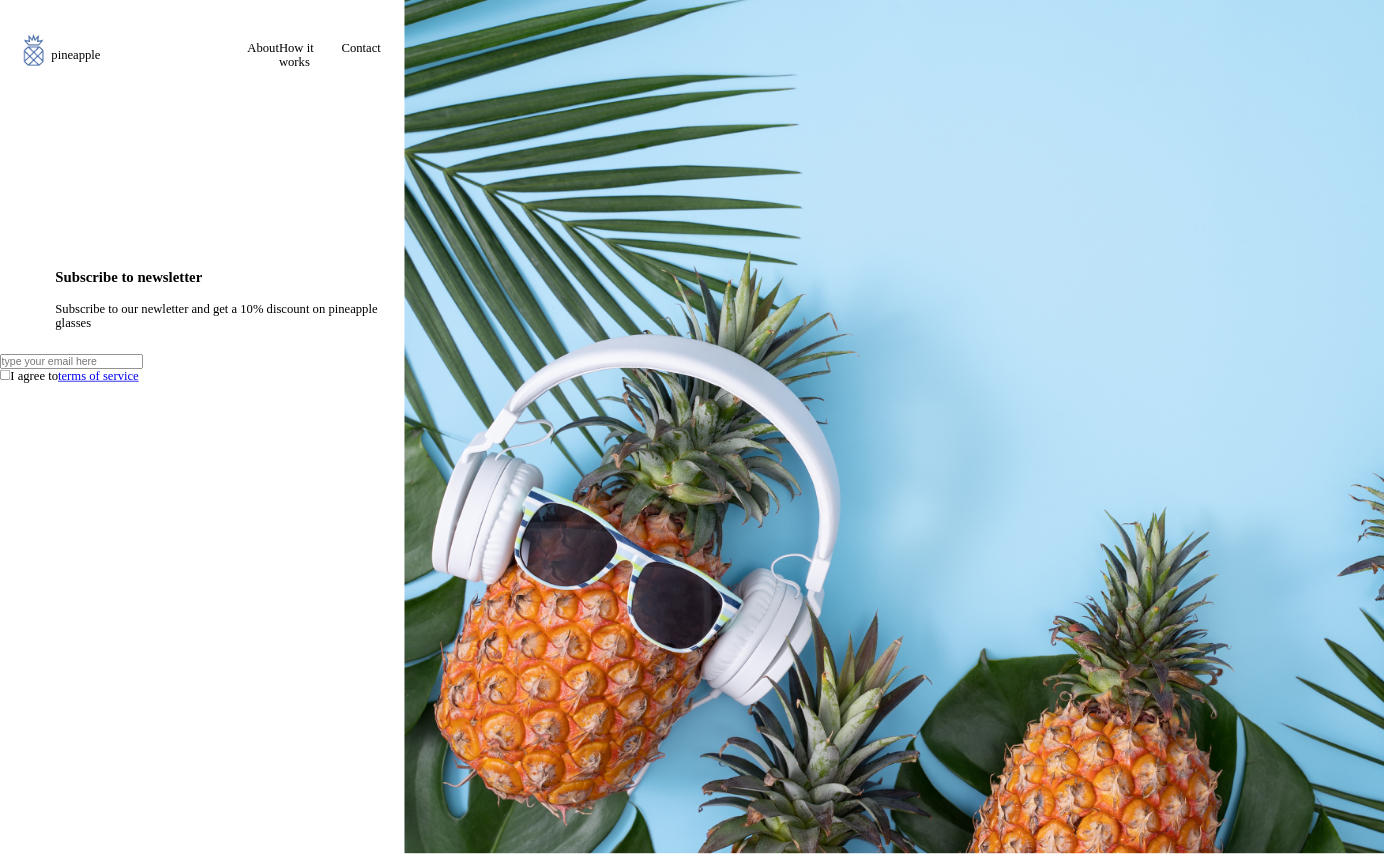
Repository: PaulsBebris/megabit-task
Page: /
These files come from the project's save history. The page is drawn as it stood at one moment and after the next save; the edit follows.
The browser window is 1280 px wide. The page is 1752 px wide, so the pictures cover 1752 px, including what lies to the right of the window. The pictures show the whole page, at 79% of full size.
The project was rebuilt for these pictures with package versions that can differ from the ones it lists, and the page was loaded fresh each time.

Above is the page before, as saved 2021-04-19 10:45:51.

### src/App.vue
<template>
  <div id="app">
    <!-- <div id="nav">
      <router-link to="/">Home</router-link> |
      <router-link to="/about">About</router-link>
    </div> -->
    <router-view/>
  </div>
</template>

<style lang="scss">
// normalize
* {
  padding: 0;
  margin: 0;
  box-sizing: border-box;
}
// #app {
//   font-family: Avenir, Helvetica, Arial, sans-serif;
//   -webkit-font-smoothing: antialiased;
//   -moz-osx-font-smoothing: grayscale;
//   text-align: center;
//   color: #2c3e50;
// }

// #nav {
//   padding: 30px;

//   a {
//     font-weight: bold;
//     color: #2c3e50;

//     &.router-link-exact-active {
//       color: #42b983;
//     }
//   }
// }
</style>

### src/router/index.js
import Vue from 'vue'
import VueRouter from 'vue-router'
import Home from '../views/Home.vue'

Vue.use(VueRouter)

const routes = [
  {
    path: '/',
    name: 'Home',
    component: Home
  }
]

const router = new VueRouter({
  routes
})

export default router

// {
// path: '/about',
// name: 'About',
// route level code-splitting
// this generates a separate chunk (about.[hash].js) for this route
// which is lazy-loaded when the route is visited.
// component: () => import(/* webpackChunkName: "about" */ '../views/About.vue')
// }

### src/views/Home.vue
<template>
  <div class="home">
    <div class="base">
      <div class="header-wrapper">
        <div class="logo">
          <img src="../assets/img/pineapple.png" alt="">
          <span>pineapple</span>
        </div>
        <div class="main-menu">
          <div>About</div>
          <div>How it works</div>
          <div>Contact</div>
        </div>
      </div>
      <div class="content-wrapper">
        <h3>Subscribe to newsletter</h3>
        <p>Subscribe to our newletter and get a 10% discount on pineapple glasses</p>
      </div>
      <div class="subscribe-form-wrapper">
        <input type="text" placeholder="type your email here" @click="onSubscribe" v-model="email" >
        <div class="submit-btn">
          <span></span>
        </div>
      </div>
      <div class="terms-of-use">
        <input type="checkbox" name="agreedOnTerms" id="">I agree to<a href="#">terms of service</a>
      </div>
      <div class="social-wrapper"></div>
    </div>
    <div class="base-image">
      <img :src=sommer alt="">
    </div>
  </div>
</template>

<script>
import sommer from '@/assets/img/sommer.png'

export default {
  name: 'Home',
  components: {},
  data () {
    return {
      sommer,
      email: ''
    }
  },
  methods: {
    onSubscribe () {
      // axios send data
    }
  }
}
</script>

<style lang="scss" scoped>
@import "../assets/scss/defaults.scss";
.home {
  display: grid;
  grid-template-columns: 3fr 1fr;
  grid-template-rows: 100vh;
  max-height: 1080px;
  // color: $blue;
}
.base {
  width: 40vw;
  height: 1080px;
}
.base-image {
  width: 60vw;
}
.base-image img {
  max-height: 1080px;
}
.header-wrapper {
  display: flex;
  justify-content: space-between;
  margin: 50px 0 250px 0;
  align-items: center;
}
.logo {
  margin-left: 30px;
  display: flex;
  align-items: center;
}
.logo img {
  margin-right: 10px;
  position: relative;
  top: -7px;
}
.main-menu {
  margin-right: 30px;
  display: flex;
  justify-content: space-between;
  width: 33%;
}
.content-wrapper {
  margin-left: 70px;
}
.content-wrapper :first-child {
  margin-bottom: 20px;
}
.content-wrapper p {
  margin-bottom: 30px;
}

// mobile
@media screen and (max-width: 1024px) {
  .base-image {
    display: none;
  }
  .base {
    width: 100vw;
    background-image: url('../assets/img/sommer.png');
    background-repeat: no-repeat;
    background-position: center;
    background-attachment: fixed;
    background-size: cover;
    max-height: 746px;
  }
}
</style>

### src/assets/scss/_defaults.scss
$blue: #4066A5;
$black: #131821;
$grey: #6A707B;
$ligt-grey: #E3E3E4;
$light-blue: #F2F5FA;

Loaded but not shown: public/index.html (common file); src/main.js (common file); src/store/index.js (common file)

After the next save:
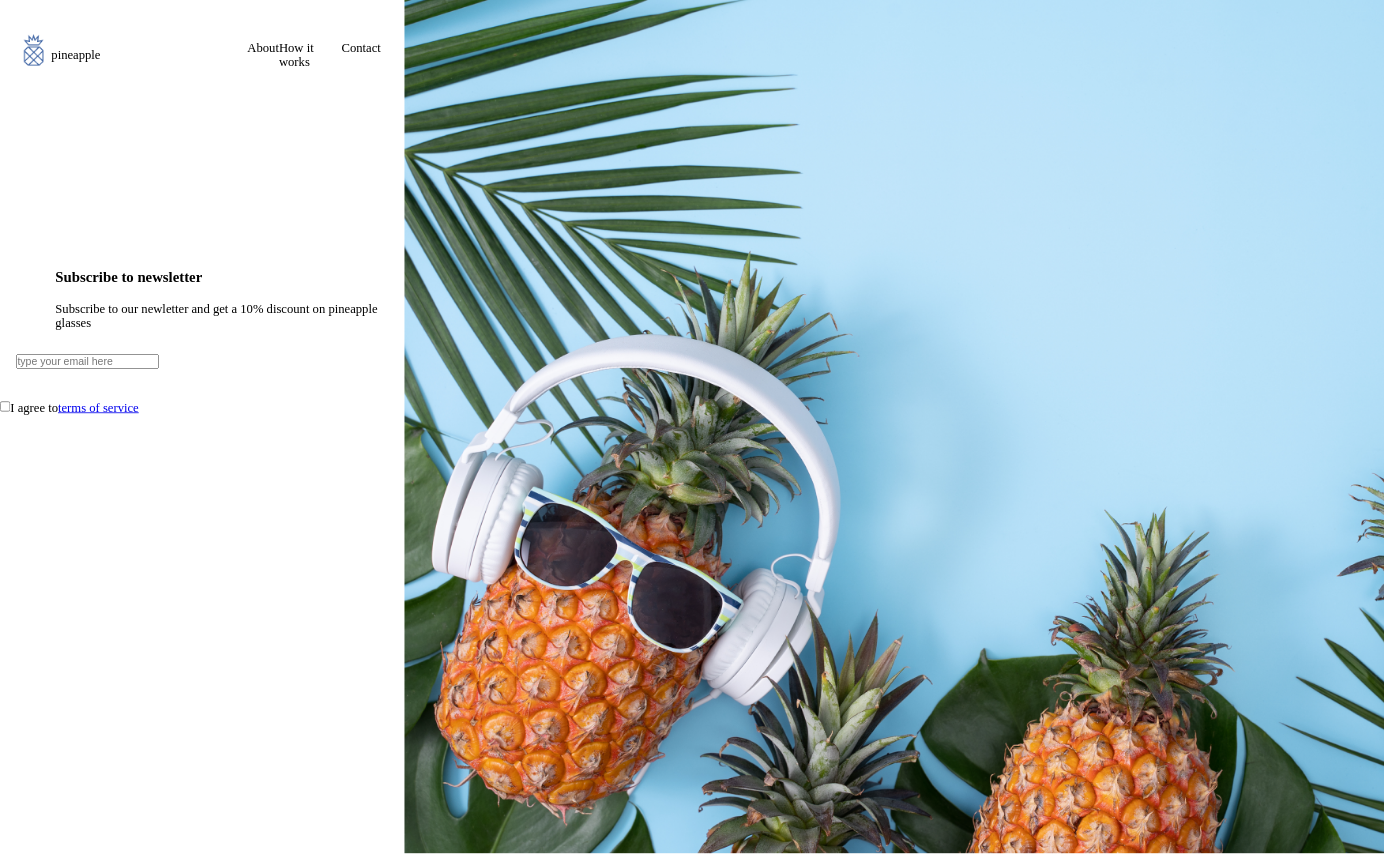
Saved 2 min 54 s later.
--- a/src/views/Home.vue
+++ b/src/views/Home.vue
@@ -103,6 +103,9 @@ export default {
 .content-wrapper p {
   margin-bottom: 30px;
 }
+.subscribe-form-wrapper {
+  margin: 0 0 40px 20px;
+}
 
 // mobile
 @media screen and (max-width: 1024px) {
